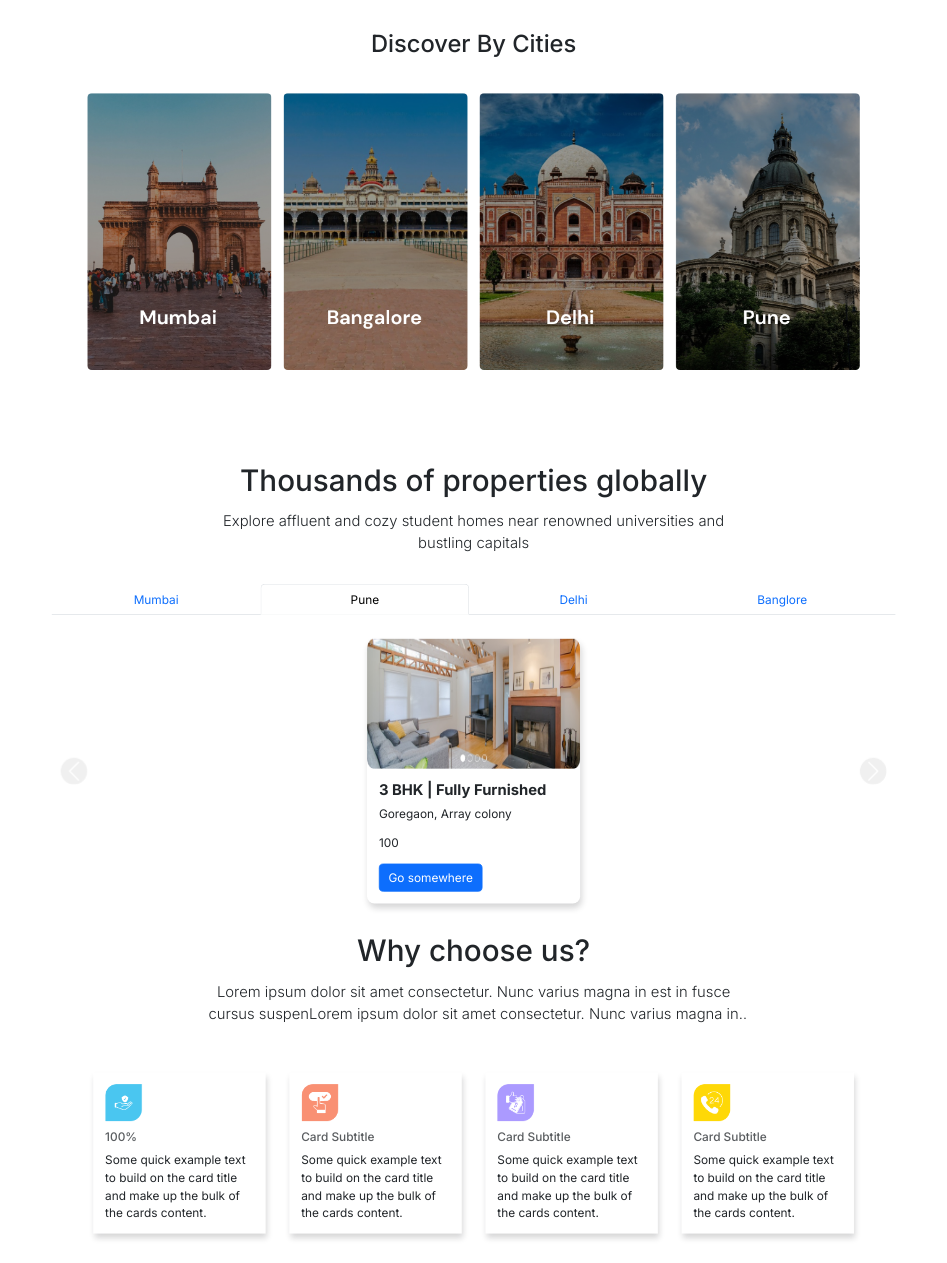
Repository: suyashagrahari/assignment
Page: /
An editor plug-in stored every save of this project. The page is shown before and after the next save, followed by the edit.
The browser window is 1280 px wide. The pictures show the whole page, at 74% of full size.
The project was rebuilt for these pictures with package versions that can differ from the ones it lists, and the page was loaded fresh each time. The framework's server and built-in components were replaced by stand-ins that run in the browser. Also part of the build but not shown: next.config.mjs, src/app/page.module.css, src/components/Headline.jsx.

Above is the page before, as saved 2024-03-27 16:30:58.

### src/components/Grid.jsx
import React from "react";
import Image from "next/image";
import { Button, Col, Container, Row } from "react-bootstrap";
import first from "../../public/image/Mumbai.png";
import second from "../../public/image/Banglore.png";
import third from "../../public/image/Delhi.png";
import forth from "../../public/image/Pune.png";
const Grid = () => {
  return (
    <div className="container-fluid">
      <div className="row row-cols-1 row-cols-sm-2 row-cols-md-3 row-cols-lg-4 g-3 p-4">
        <div className="col grid-item">
          <Image
            src={first}
            alt="Image 1"
            layout="responsive"
            objectFit="cover"
            className="img-fluid rounded"
          />
        </div>
        <div className="col grid-item">
          <Image
            src={second}
            alt="Image 2"
            layout="responsive"
            objectFit="cover"
            className="img-fluid rounded"
          />
        </div>
        <div className="col grid-item">
          <Image
            src={third}
            alt="Image 3"
            layout="responsive"
            objectFit="cover"
            className="img-fluid rounded"
          />
        </div>
        <div className="col grid-item">
          <Image
            src={forth}
            alt="Image 4"
            layout="responsive"
            objectFit="cover"
            className="img-fluid rounded"
          />
        </div>
      </div>
    </div>
  );
};

export default Grid;

### src/components/Tabbing.jsx
"use client";
import Tab from "react-bootstrap/Tab";
import Tabs from "react-bootstrap/Tabs";
import Img from "../../public/image/Img-1.png";
import Image from "next/image";
import MyCarousel from "./Carousal";
function Tabbing() {
  return (
    <>
      <Tabs
        defaultActiveKey="profile"
        id="justify-tab-example"
        className="mb-3"
        justify
      >
        <Tab eventKey="home" title="Mumbai">
          <MyCarousel />
        </Tab>
        <Tab eventKey="profile" title="Pune">
          <MyCarousel />
        </Tab>
        <Tab eventKey="longer-tab" title="Delhi">
          <MyCarousel />
        </Tab>
        <Tab eventKey="contact" title="Banglore">
          <MyCarousel />
        </Tab>
      </Tabs>
    </>
  );
}

export default Tabbing;

### src/components/Footer.jsx
import Card from "react-bootstrap/Card";
import Icon_1 from "../../public/image/icon-1.png";
import Icon_2 from "../../public/image/icon-2.png";
import Icon_3 from "../../public/image/icon-3.png";
import Icon_4 from "../../public/image/icon-4.png";
import Image from "next/image";

function Footer() {
  return (
    <div className="container-fluid">
      <div className="row row-cols-1 row-cols-md-2 row-cols-lg-4 g-3 p-4">
        <div className="col">
          <Card>
            <Card.Body>
              <div className="d-flex justify-content-center mb-3 image">
                <Image src={Icon_1} alt="icon" />
              </div>
              <Card.Subtitle className="mb-2 text-muted ">100%</Card.Subtitle>
              <Card.Text className="">
                Some quick example text to build on the card title and make up
                the bulk of the cards content.
              </Card.Text>
            </Card.Body>
          </Card>
        </div>
        <div className="col">
          <Card>
            <Card.Body>
              <div className="d-flex justify-content-center mb-3 image">
                <Image src={Icon_2} alt="icon" />
              </div>
              <Card.Subtitle className="mb-2 text-muted ">
                Card Subtitle
              </Card.Subtitle>
              <Card.Text className="">
                Some quick example text to build on the card title and make up
                the bulk of the cards content.
              </Card.Text>
            </Card.Body>
          </Card>
        </div>
        <div className="col">
          <Card>
            <Card.Body>
              <div className="d-flex justify-content-center mb-3 image">
                <Image src={Icon_3} alt="icon" />
              </div>
              <Card.Subtitle className="mb-2 text-muted ">
                Card Subtitle
              </Card.Subtitle>
              <Card.Text className="">
                Some quick example text to build on the card title and make up
                the bulk of the cards content.
              </Card.Text>
            </Card.Body>
          </Card>
        </div>
        <div className="col">
          <Card>
            <Card.Body>
              <div className="d-flex justify-content-center mb-3 image">
                <Image src={Icon_4} alt="icon" />
              </div>
              <Card.Subtitle className="mb-2 text-muted ">
                Card Subtitle
              </Card.Subtitle>
              <Card.Text className="">
                Some quick example text to build on the card title and make up
                the bulk of the cards content.
              </Card.Text>
            </Card.Body>
          </Card>
        </div>
      </div>
    </div>
  );
}

export default Footer;

### src/components/Carousal.jsx
import React from "react";
import Carousel from "react-bootstrap/Carousel";
import Button from "react-bootstrap/Button";
import Card from "react-bootstrap/Card";
import Img from "../../public/image/Img-1.png";
import Image from "next/image";

const recipes = [
  {
    size: "2 BHK",
    name: "Fully Furnished",
    img: Img,
    price: 100,
    content: "Hello",
    location: "Goregaon, Array colony",
  },
  {
    size: "3 BHK",
    name: "Fully Furnished",
    img: Img,
    price: 100,
    content: "Hello",
    location: "Goregaon, Array colony",
  },
  {
    size: "4 BHK",
    name: "Fully Furnished",
    img: Img,
    price: 100,
    content: "Hello",
    location: "Goregaon, Array colony",
  },
  {
    size: "3 BHK",
    name: "Fully Furnished",
    img: Img,
    price: 100,
    content: "Hello",
    location: "Goregaon, Array colony",
  },
];

const MyCarousel = () => {
  const reduceRecipes = (acc, cur, index) => {
    const groupIndex = Math.floor(index / 3);
    if (!acc[groupIndex]) acc[groupIndex] = [];
    acc[groupIndex].push(cur);
    console.log(acc);
    return acc;
  };

  return (
    <Carousel>
      {recipes.reduce(reduceRecipes, []).map((item, index) => (
        <Carousel.Item key={index}>
          <div className="d-flex justify-content-center">
            {item.map((item, index) => {
              return (
                <Card
                  key={index}
                  style={{ width: "18rem", borderRadius: "10px" }}
                >
                  <Image src={item.img} alt="" className="card-img-top" />
                  <Card.Body className="text-left">
                    <Card.Title className="fw-bold">
                      {item.size} | {item.name}
                    </Card.Title>
                    <Card.Text className="mb-3">{item.location}</Card.Text>
                    <Card.Text className="mb-3">{item.price}</Card.Text>
                    <Button variant="primary">Go somewhere</Button>
                  </Card.Body>
                </Card>
              );
            })}
          </div>
        </Carousel.Item>
      ))}
    </Carousel>
  );
};

export default MyCarousel;

Loaded but not shown: src/app/layout.js (common file); src/app/page.js (common file); src/app/globals.css (common file)

After the next save:
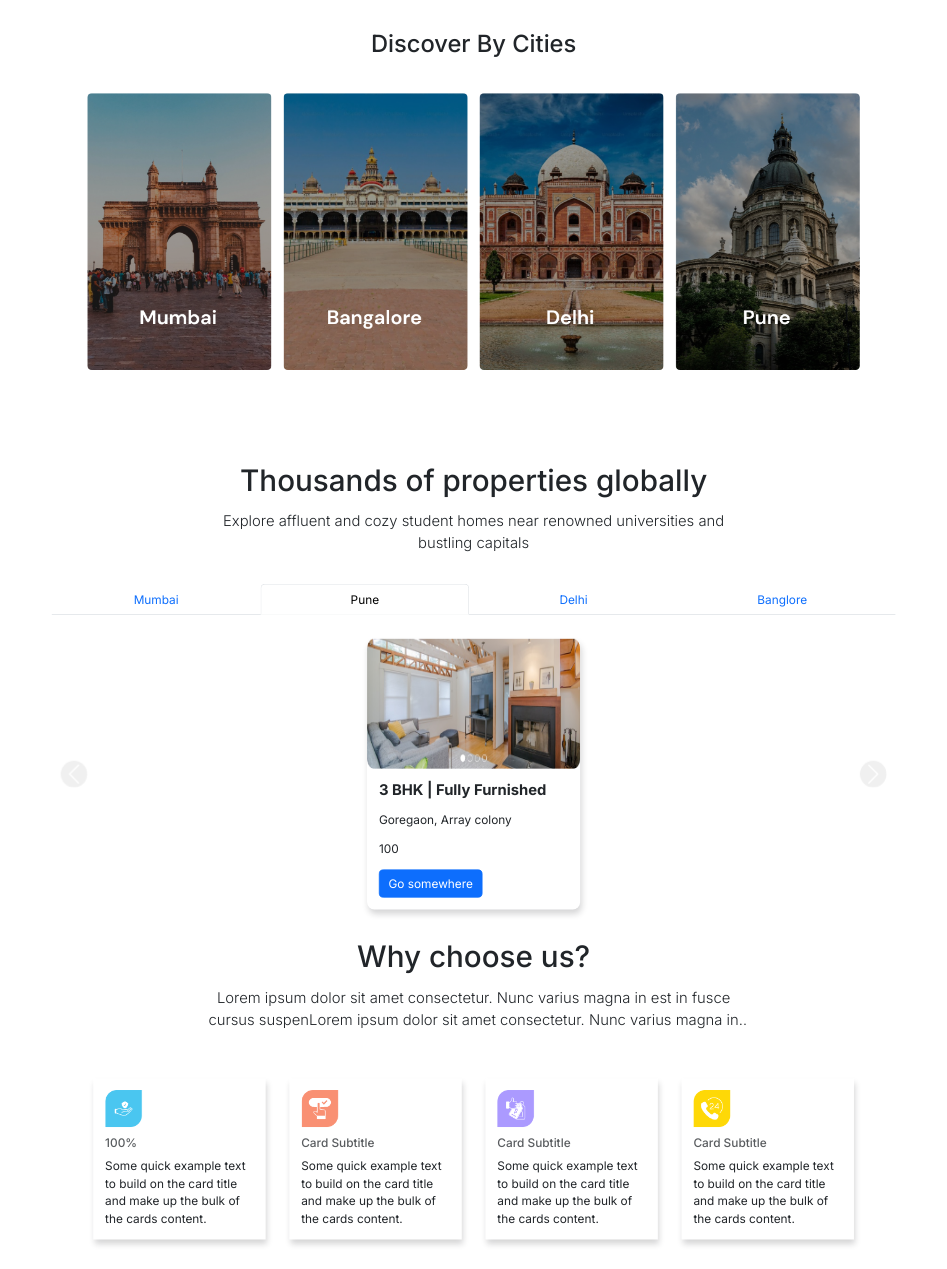
Saved 20 s later.
--- a/src/components/Carousal.jsx
+++ b/src/components/Carousal.jsx
@@ -65,7 +65,7 @@ const MyCarousel = () => {
                     <Card.Title className="fw-bold">
                       {item.size} | {item.name}
                     </Card.Title>
-                    <Card.Text className="mb-3">{item.location}</Card.Text>
+                    <Card.Text className="mt-3">{item.location}</Card.Text>
                     <Card.Text className="mb-3">{item.price}</Card.Text>
                     <Button variant="primary">Go somewhere</Button>
                   </Card.Body>
